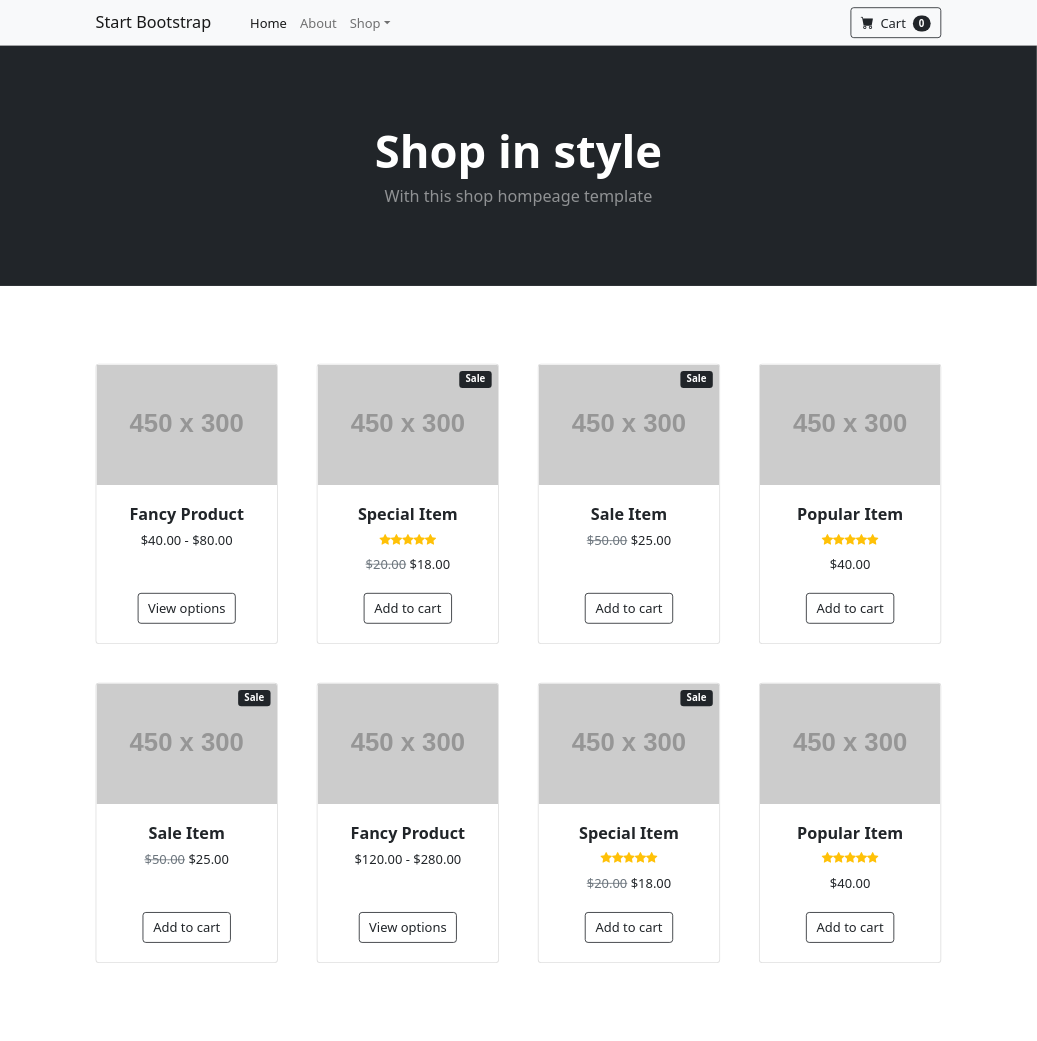
Repository: stella6767/spring-legacy-booklist
Page: http://localhost/ex00/WEB-INF/views/booklist.jsp
An editor plug-in stored every save of this project. The page is shown before and after the next save, followed by the edit.
The browser window is 1280 px wide. The pictures show the whole page, at 81% of full size.
The page is served by Tomcat 9. Nobody is signed in. The template is opened directly, without the code that normally fills it, so the values that code supplies are empty.

Above is the page before, as saved 2021-07-10 12:00:41.

After the next save:
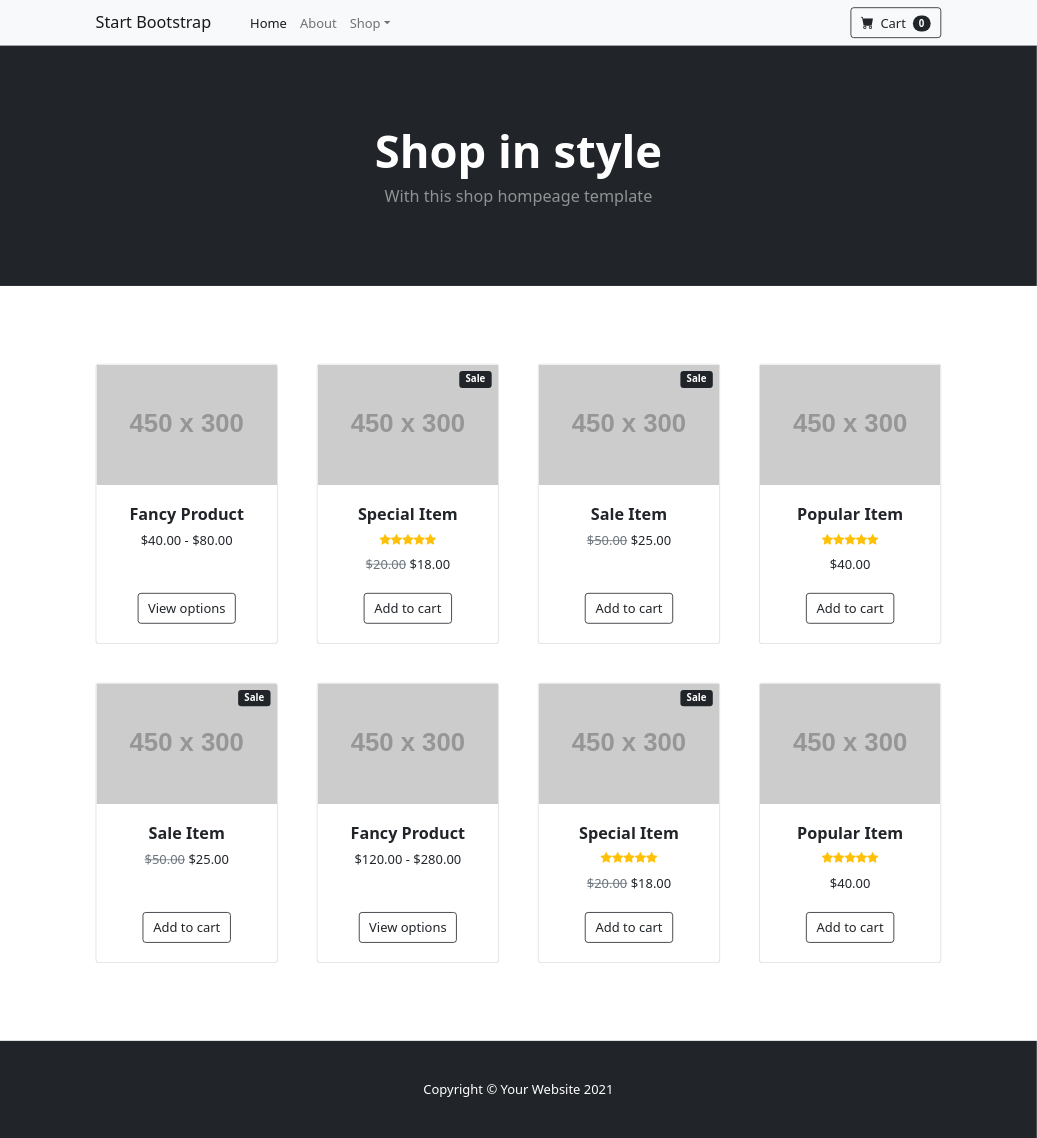
Saved 28 s later.
--- a/ex00/src/main/webapp/WEB-INF/views/booklist.jsp
+++ b/ex00/src/main/webapp/WEB-INF/views/booklist.jsp
@@ -208,3 +208,6 @@
                 </div>
             </div>
         </section>
+
+
+        <%@include file="../views/includes/footer.jsp"%>
